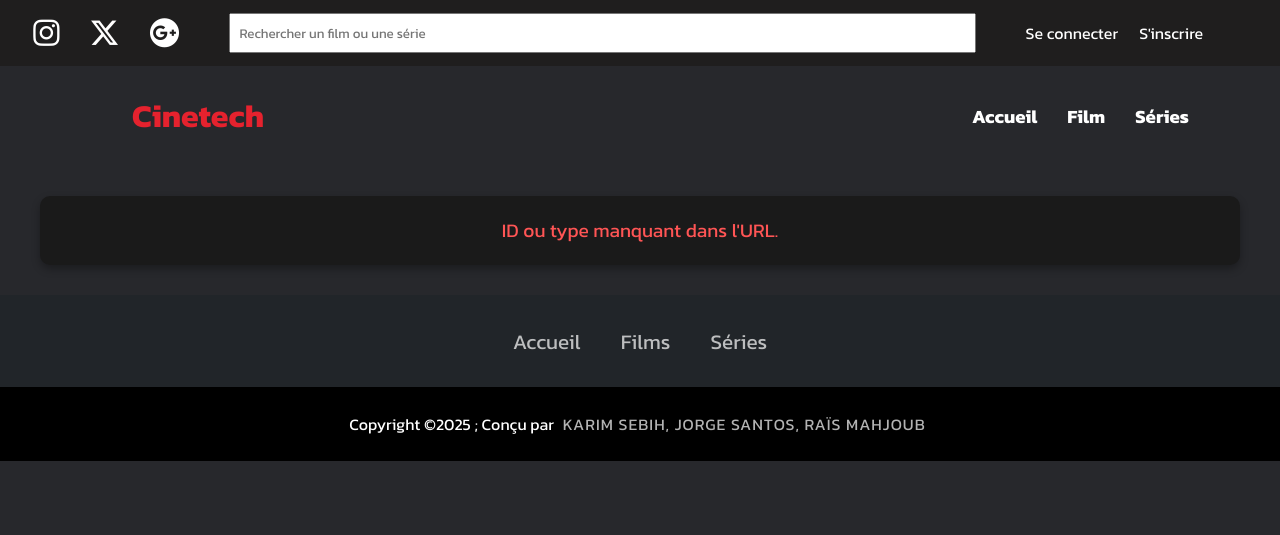
Repository: karim-sebih/cinetech
Page: pages/detail.html
An editor plug-in stored every save of this project. The page is shown before and after the next save, followed by the edit.
The browser window is 1280 px wide. The pictures show the whole page.
Some web libraries are served in a nearby version.

Above is the page before, as saved 2025-04-24 09:30:15.

### pages/detail.html
<!DOCTYPE html>
<html lang="fr">
<head>
    <meta charset="UTF-8">
    <meta name="viewport" content="width=device-width, initial-scale=1.0">
    <link rel="stylesheet" href="../styles/detail.css">
    <script src="https://kit.fontawesome.com/ca3234fc7d.js" crossorigin="anonymous"></script>
    <link rel="preconnect" href="https://fonts.googleapis.com">
    <link rel="preconnect" href="https://fonts.gstatic.com" crossorigin>
    <link href="https://fonts.googleapis.com/css2?family=Kanit:ital,wght@0,100;0,200;0,300;0,400;0,500;0,600;0,700;0,800;0,900;1,100;1,200;1,300;1,400;1,500;1,600;1,700;1,800;1,900&display=swap" rel="stylesheet">
    <title>Détail</title>
</head>
<body>
    <header>
        <nav class="navbar">
            <div class="buttons">
                <a href="#"><i class="fa-brands fa-instagram"></i></a>
                <a href="#"><i class="fa-brands fa-x-twitter"></i></a>
                <a href="#"><i class="fa-brands fa-google-plus"></i></a>
            </div>
            <div class="search-container">
                <input type="text" id="search-bar" placeholder="Rechercher un film ou une série" autocomplete="off">
                <button id="clear-search">x</button>
                <div id="suggestions" class="suggestion-box"></div>
            </div>
            <div class="sign">
                <a href="#">Se connecter</a>
                <a href="#">S'inscrire</a>
            </div>
        </nav>
    </header>
    <div class="secondnav">
        <div class="cinetech">
            <h1>Cinetech</h1>
        </div>
        <div class="nav">
            <a href="../index.html"><h3>Accueil</h3></a>
            <a href="./film.html"><h3>Film</h3></a>
            <a href="./series.html"><h3>Séries</h3></a>
        </div>
    </div>
    <div class="content">
        <div id="details-container" class="details-container">
            <!-- Les détails seront insérés ici par JavaScript -->
        </div>
    </div>

    <footer>
        <div class="footerContainer">
            <div class="footerNav">
                <ul>
                    <li><a href="../index.html">Accueil</a></li>
                    <li><a href="./film.html">Films</a></li>
                    <li><a href="./series.html">Séries</a></li>
                </ul>
            </div>
            <div class="footerBottom">
                <p>Copyright &copy;2025 ; Conçu par <span class="designer">Karim Sebih, Jorge Santos, Raïs Mahjoub</span></p>
            </div>
        </div>
    </footer>

    <script src="../js/api.js" type="module"></script>
    <script src="../js/searchbar.js" type="module"></script>
    <script src="../js/detail.js" type="module"></script>
</body>
</html>

### styles/detail.css
* {
    margin: 0;
    padding: 0;
    box-sizing: border-box;
    font-family: "Kanit", sans-serif;
  }


  a {
    text-decoration: none;
    color: white;

  }

  body {
    margin: 0;
    width: 100%;
    min-height: 100vh;
    overflow-x: auto;
    background-color: rgb(39, 40, 44);
    color: white;
  }
  /* Nav bar */

  a{
    text-decoration: none;
    color: white;
  }

  a:hover{
  color: red;
  }

  header{
  position: relative;
  padding: 0.2rem;
  background-color: rgb(31, 30, 30);
  }

  .navbar {
  margin-left: 10px;
  width: 100%;
  max-width: 1200px;
  height: 60px;
  margin: 0;
  display: flex;
  align-items: center;
  gap: 50px;

  }

.buttons{
  padding-left: 30px;
  display: flex;
  align-items: center;
 justify-content: space-between;
 gap: 30px;
 font-size: 30px;
}


.search-container {
  position: relative;
  width: 70%;
  display: flex;

  align-items: center;
}

#search-bar {
  width: 100%;
  height: 100%;
  padding: 8px;


  padding-right: 30px;
}

#clear-search {
  position: absolute;
  top:5px;
  right: 30px;
  background: transparent;
  border: none;
  font-size: 16px;
  cursor: pointer;
  display: none; /* Caché par défaut */
}

.suggestion-box {
  position: absolute;
  width: 100%;
  background: white;

  max-height: 150px;
  overflow-y: auto;
  z-index: 1000;
  top: 35px;
}

.suggestion-item {
  padding: 8px;
  cursor: pointer;
}

.suggestion-item:hover {
  background: #f0f0f0;
}

#clear-search {
  background: none;
  border: none;
  font-size: 20px;
  color: black; /* X en noir */
  cursor: pointer;
  margin-bottom: 12px;
}


.sign{
  display: flex;
  align-items: center;
 justify-content: space-between;
  flex-wrap:wrap-reverse;
  width: 200px;

  right: 50%;

}

 /*second nav*/

.secondnav{
    width: 100%;
    height: 100px;
    display: flex;
    align-items: center;
    gap: 200px;
    border: 10px;


}

h1 {
  padding-left: 100%;
  color: #e5222e  ;

}

.nav{

  display: flex;
  gap: 30px;
  margin-left: 50%;

}

/* Ajouter ces styles à la fin de detail.css */

/* Conteneur principal des détails */
.details-container {
  max-width: 1200px;
  margin: 30px auto;
  padding: 20px;
  background-color: #1a1a1a;
  border-radius: 10px;
  box-shadow: 0 4px 8px rgba(0, 0, 0, 0.3);
}

/* Contenu des détails (image + texte) */
.details-content {
  display: flex;
  gap: 30px;
  flex-wrap: wrap;
}

/* Affiche */
.details-poster {
  width: 300px;
  height: auto;
  border-radius: 8px;
  object-fit: cover;
}

/* Texte des détails */
.details-text {
  flex: 1;
  display: flex;
  flex-direction: column;
  gap: 15px;
}

.details-text h2 {
  font-size: 2.2em;
  color: #e5222e;
}

.details-text .overview {
  font-size: 1.1em;
  line-height: 1.5;
}

.details-text p {
  font-size: 1em;
}

.details-text strong {
  color: #e5222e;
}

/* Bouton Ajouter aux favoris */
.favorite-btn {
  background-color: #e5222e;
  color: white;
  border: none;
  padding: 10px 20px;
  border-radius: 5px;
  cursor: pointer;
  font-size: 1em;
  transition: background-color 0.3s ease;
  width: fit-content;
}

.favorite-btn:hover {
  background-color: #c41d27;
}

/* Message d'erreur */
.error-message {
  text-align: center;
  font-size: 1.2em;
  color: #ff5555;
}

/* Responsivité */
@media (max-width: 768px) {
  .details-content {
    flex-direction: column;
    align-items: center;
  }

  .details-poster {
    width: 200px;
  }

  .details-text h2 {
    font-size: 1.8em;
  }
}

footer {
    padding: 0;
    margin: 0;
    box-sizing: border-box;
  }

  footer {
    background-color: #111;
  }

  .footerContainer {
    width: 100%;
  padding-top: 1px;
    background-color: #212529;
  }

  .socialIcons {
    display: flex;
    justify-content: center;

  }

  .socialIcons a {
    text-decoration: none;
    padding: 9px;
    background-color: white;
    margin: 10px;
    border-radius: 50%;
  }

  .socialIcons a i {
    font-size: 2em;
    color: black;
    opacity: 0, 9;
  }

  /* Hover affect on social media icon */
  .socialIcons a:hover {
    background-color: #111;
    transition: 0.5s;
  }

  .socialIcons a:hover i {
    color: white;
    transition: 0.5s;
  }

  .footerNav {
    margin: 30px 0;
  }

  .footerNav ul {
    display: flex;
    justify-content: center;
    list-style-type: none;
  }

  .footerNav ul li a {
    color: white;
    margin: 20px;
    text-decoration: none;
    font-size: 1.3em;
    opacity: 0.7;
    transition: 0.5s;

  }

  .footerNav ul li a:hover {
    opacity: 1;
  }

  .footerBottom {
    background-color: #000;
    padding: 25px;
    text-align: center;
  }

  .footerBottom p {
    color: white;
  }


  .designer {
    opacity: 0.7;
    text-transform: uppercase;
    letter-spacing: 1px;
    font-weight: 400;
    margin: 0px 5px;
  }

  @media (max-width:990px) {
    .footerNav ul {
      flex-direction: column;
    }
    .footerNav ul li {
      width: 100%;
      text-align: center;
      margin:10px;
    }


    @media (max-width:599px) {
      .footerNav ul {
        flex-direction: column;
      }
      .footerNav ul li {
        width: 100%;
        text-align: center;
        margin:10px;
      }
    }
  }

### js/api.js
const BASE_URL = 'https://api.themoviedb.org/3';
const IMAGE_BASE_URL = 'https://image.tmdb.org/t/p/';
const BEARER_TOKEN = 'eyJhbGciOiJIUzI1NiJ9.eyJhdWQiOiI4OTY1ZGYzMGQwNDAyOGZiODRmYjFmNTdkMDhjMjBiNiIsIm5iZiI6MTc0NTMwNTMwNS4xNDEsInN1YiI6IjY4MDczZWQ5NDIxYTMwOTc1Y2FhZWRlNyIsInNjb3BlcyI6WyJhcGlfcmVhZCJdLCJ2ZXJzaW9uIjoxfQ.lGYh-UNj4NOcQVPv6fheSInh-0FhPL5bzd-aq9rCHB8';

const options = {
  method: 'GET',
  headers: {
    accept: 'application/json',
    Authorization: `Bearer ${BEARER_TOKEN}`
  }
};

export const imageBaseUrl = IMAGE_BASE_URL;

export async function fetchConfiguration() {
  // Pas besoin de configuration pour TMDb, mais on garde la fonction pour compatibilité
  return Promise.resolve();
}

export async function fetchMovies(page = 1, genreId = null) {
  try {
    let url = `${BASE_URL}/discover/movie?include_adult=false&include_video=false&language=fr-FR&page=${page}&sort_by=popularity.desc`;
    if (genreId) {
      url += `&with_genres=${genreId}`;
    }
    const response = await fetch(url, options);
    if (!response.ok) {
      throw new Error(`Erreur HTTP ! Statut : ${response.status}`);
    }
    const data = await response.json();
    return data.results.map(item => ({
      id: item.id,
      title: item.title,
      poster_path: item.poster_path ? `${IMAGE_BASE_URL}w200${item.poster_path}` : 'default.jpg',
      overview: item.overview
    }));
  } catch (error) {
    console.error('Erreur lors de la récupération des films :', error);
    return [];
  }
}

export async function fetchSeries(page = 1, genreId = null) {
  try {
    let url = `${BASE_URL}/discover/tv?include_adult=false&include_null_first_air_dates=false&language=fr-FR&page=${page}&sort_by=popularity.desc`;
    if (genreId) {
      url += `&with_genres=${genreId}`;
    }
    const response = await fetch(url, options);
    if (!response.ok) {
      throw new Error(`Erreur HTTP ! Statut : ${response.status}`);
    }
    const data = await response.json();
    return data.results.map(item => ({
      id: item.id,
      name: item.name,
      poster_path: item.poster_path ? `${IMAGE_BASE_URL}w200${item.poster_path}` : 'default.jpg',
      overview: item.overview
    }));
  } catch (error) {
    console.error('Erreur lors de la récupération des séries :', error);
    return [];
  }
}

export async function searchMoviesAndSeries(query) {
  try {
    const url = `${BASE_URL}/search/multi?language=fr-FR&query=${encodeURIComponent(query)}&include_adult=false`;
    const response = await fetch(url, options);
    if (!response.ok) {
      throw new Error(`Erreur HTTP ! Statut : ${response.status}`);
    }
    const data = await response.json();
    return data.results
      .filter(item => item.media_type === 'movie' || item.media_type === 'tv')
      .map(item => ({
        id: item.id,
        title: item.title || item.name,
        poster_path: item.poster_path ? `${IMAGE_BASE_URL}w200${item.poster_path}` : 'default.jpg',
        overview: item.overview,
        media_type: item.media_type
      }));
  } catch (error) {
    console.error('Erreur lors de la recherche :', error);
    return [];
  }
}

### js/searchbar.js
import { searchMoviesAndSeries } from './api.js';

document.addEventListener("DOMContentLoaded", function () {
  const searchBar = document.getElementById('search-bar');
  const clearSearch = document.getElementById('clear-search');
  const suggestionsBox = document.getElementById('suggestions');

  if (!searchBar || !clearSearch || !suggestionsBox) {
    console.error("Éléments de la barre de recherche introuvables dans le DOM");
    return;
  }

  searchBar.addEventListener('input', async (e) => {
    const query = e.target.value.trim();
    if (query.length < 2) {
      suggestionsBox.innerHTML = '';
      clearSearch.style.display = 'none';
      return;
    }

    clearSearch.style.display = 'block';

    try {
      const results = await searchMoviesAndSeries(query);
      suggestionsBox.innerHTML = '';

      if (results.length === 0) {
        suggestionsBox.innerHTML = '<div class="suggestion-item">Aucun résultat trouvé</div>';
        return;
      }

      results.forEach(item => {
        const suggestionItem = document.createElement('div');
        suggestionItem.className = 'suggestion-item';
        suggestionItem.textContent = item.title;
        suggestionItem.addEventListener('click', () => {
          window.location.href = `./pages/detail.html?id=${item.id}&type=${item.media_type}`;
        });
        suggestionsBox.appendChild(suggestionItem);
      });
    } catch (error) {
      console.error('Erreur lors de la recherche :', error);
      suggestionsBox.innerHTML = '<div class="suggestion-item">Erreur lors de la recherche</div>';
    }
  });

  clearSearch.addEventListener('click', () => {
    searchBar.value = '';
    suggestionsBox.innerHTML = '';
    clearSearch.style.display = 'none';
  });
});

### js/detail.js
import { imageBaseUrl } from './api.js';

const BEARER_TOKEN = 'eyJhbGciOiJIUzI1NiJ9.eyJhdWQiOiI4OTY1ZGYzMGQwNDAyOGZiODRmYjFmNTdkMDhjMjBiNiIsIm5iZiI6MTc0NTMwNTMwNS4xNDEsInN1YiI6IjY4MDczZWQ5NDIxYTMwOTc1Y2FhZWRlNyIsInNjb3BlcyI6WyJhcGlfcmVhZCJdLCJ2ZXJzaW9uIjoxfQ.lGYh-UNj4NOcQVPv6fheSInh-0FhPL5bzd-aq9rCHB8';

const options = {
  method: 'GET',
  headers: {
    accept: 'application/json',
    Authorization: `Bearer ${BEARER_TOKEN}`
  }
};

document.addEventListener('DOMContentLoaded', async () => {
  // Récupérer les paramètres de l'URL (id et type)
  const urlParams = new URLSearchParams(window.location.search);
  const id = urlParams.get('id');
  const type = urlParams.get('type'); // 'movie' ou 'tv'

  if (!id || !type) {
    displayError('ID ou type manquant dans l\'URL.');
    return;
  }

  try {
    // Déterminer l'endpoint en fonction du type (film ou série)
    const endpoint = type === 'movie'
      ? `https://api.themoviedb.org/3/movie/${id}?append_to_response=credits&language=fr-FR`
      : `https://api.themoviedb.org/3/tv/${id}?append_to_response=credits&language=fr-FR`;

    // Récupérer les détails
    const response = await fetch(endpoint, options);
    if (!response.ok) {
      throw new Error(`Erreur HTTP ! Statut : ${response.status}`);
    }
    const data = await response.json();

    // Afficher les détails
    displayDetails(data, type);
  } catch (error) {
    console.error('Erreur lors de la récupération des détails :', error);
    displayError('Impossible de charger les détails. Veuillez réessayer plus tard.');
  }
});

function displayDetails(data, type) {
  const container = document.getElementById('details-container');
  if (!container) {
    console.error('Conteneur de détails introuvable.');
    return;
  }

  // Préparer les données à afficher
  const title = type === 'movie' ? data.title : data.name;
  const releaseDate = type === 'movie' ? data.release_date : data.first_air_date;
  const director = type === 'movie'
    ? (data.credits?.crew?.find(crew => crew.job === 'Director')?.name || 'N/A')
    : (data.created_by?.map(creator => creator.name).join(', ') || 'N/A');
  const directorLabel = type === 'movie' ? 'Réalisateur' : 'Créateur(s)';
  const genres = data.genres?.map(genre => genre.name).join(', ') || 'N/A';
  const countries = data.production_countries?.map(country => country.name).join(', ') || 'N/A';
  const imageSrc = data.poster_path ? `${imageBaseUrl}w500${data.poster_path}` : 'default.jpg';

  // Construire le HTML pour les détails
  container.innerHTML = `
    <div class="details-content">
      <img src="${imageSrc}" alt="${title}" class="details-poster">
      <div class="details-text">
        <h2>${title}</h2>
        <p class="overview">${data.overview || 'Synopsis non disponible.'}</p>
        <p><strong>Note :</strong> ${data.vote_average?.toFixed(1) || 'N/A'} / 10</p>
        <p><strong>Genre :</strong> ${genres}</p>
        <p><strong>${directorLabel} :</strong> ${director}</p>
        <p><strong>Date de sortie :</strong> ${releaseDate || 'N/A'}</p>
        <p><strong>Langue :</strong> ${data.original_language?.toUpperCase() || 'N/A'}</p>
        <p><strong>Pays :</strong> ${countries}</p>
        <button id="add-to-favorites" class="favorite-btn">Ajouter aux favoris</button>
      </div>
    </div>
  `;

  // Ajouter un événement pour le bouton "Ajouter aux favoris"
  const favoriteBtn = document.getElementById('add-to-favorites');
  favoriteBtn.addEventListener('click', () => {
    addToFavorites({ id: data.id, title, type, poster_path: data.poster_path });
  });
}

function displayError(message) {
  const container = document.getElementById('details-container');
  if (container) {
    container.innerHTML = `<p class="error-message">${message}</p>`;
  }
}

function addToFavorites(item) {
  // Récupérer les favoris existants dans localStorage
  const favorites = JSON.parse(localStorage.getItem('favorites')) || [];

  // Vérifier si l'élément est déjà dans les favoris
  const exists = favorites.some(fav => fav.id === item.id && fav.type === item.type);
  if (exists) {
    alert('Cet élément est déjà dans vos favoris !');
    return;
  }

  // Ajouter l'élément aux favoris
  favorites.push(item);
  localStorage.setItem('favorites', JSON.stringify(favorites));
  alert(`${item.title} a été ajouté aux favoris !`);
}

After the next save:
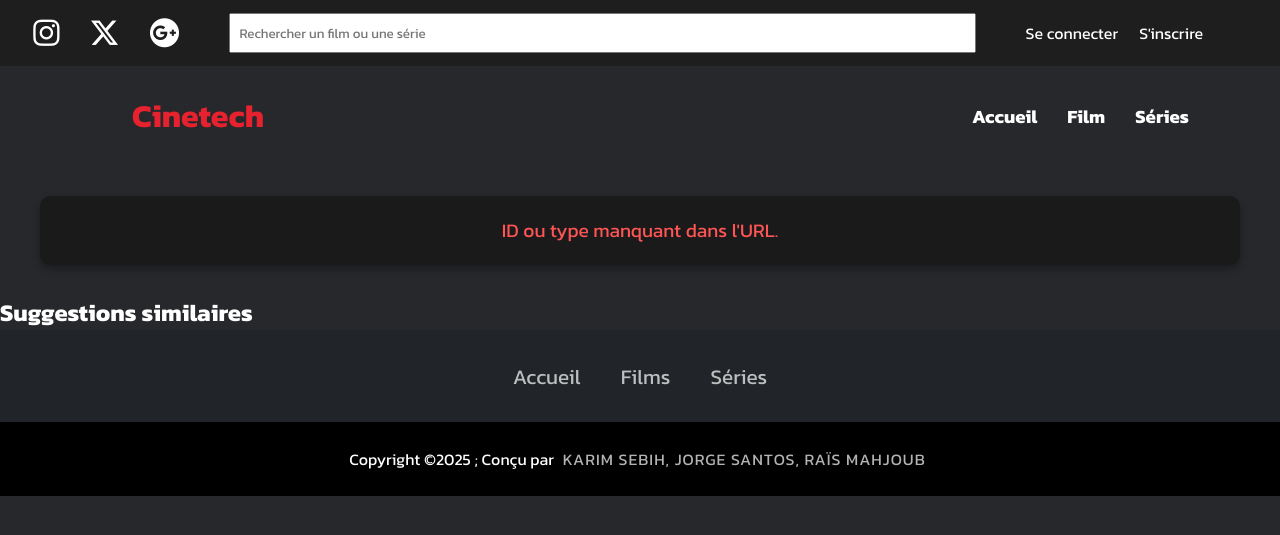
Saved 3 min 46 s later.
--- a/pages/detail.html
+++ b/pages/detail.html
@@ -43,6 +43,12 @@
         <div id="details-container" class="details-container">
             <!-- Les détails seront insérés ici par JavaScript -->
         </div>
+        <div id="similar-container" class="similar-container">
+            <h2>Suggestions similaires</h2>
+            <div id="similar-items" class="similar-items">
+                <!-- Les suggestions seront insérées ici par JavaScript -->
+            </div>
+        </div>
     </div>
 
     <footer>
@@ -55,7 +61,7 @@
                 </ul>
             </div>
             <div class="footerBottom">
-                <p>Copyright &copy;2025 ; Conçu par <span class="designer">Karim Sebih, Jorge Santos, Raïs Mahjoub</span></p>
+                <p>Copyright ©2025 ; Conçu par <span class="designer">Karim Sebih, Jorge Santos, Raïs Mahjoub</span></p>
             </div>
         </div>
     </footer>
